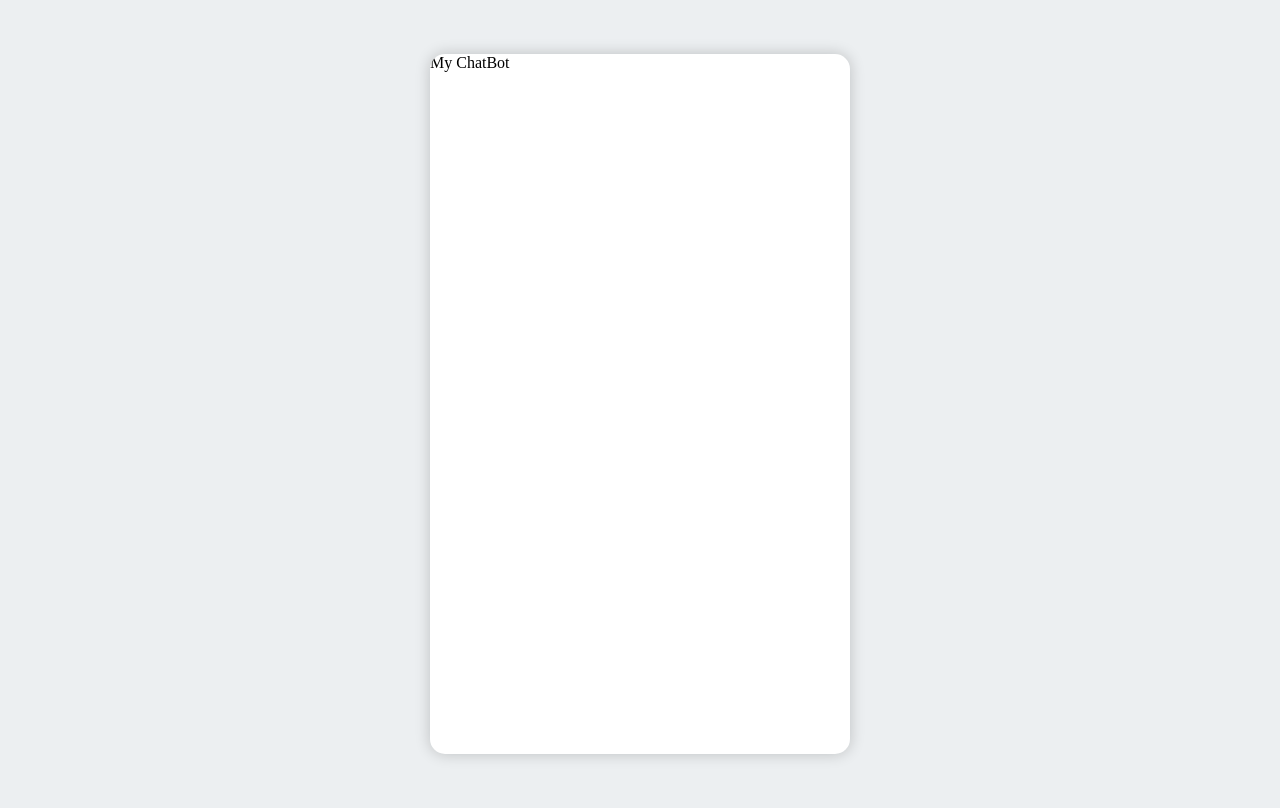
Repository: nt269782-web/Offline-ChatBot
Page: front.html
The author's editor kept a copy of each file at every save. The page is drawn from the files as they stood at one save, then again after a run of saves.
The browser window is 1280 px wide. The pictures show the whole page.

Above is the page before, as saved 2026-07-07 15:08:54.

### front.html
<!DOCTYPE html>
<html lang="en">
<head>
    <meta charset="UTF-8">
    <meta name="viewport" content="width=device-width, initial-scale=1.0">
    <title>Document</title>
    <style>
        body{
            background: #eceff1;
            display: flex;
            justify-content: center;
            align-items: center;
            height: 110vh;
        }
        .chat-container {
            width: 420px;
            height: 700px;
            overflow: hidden;
            background:#fff;
            border-radius:15px;
            box-shadow:0 0 15px rgba(0,0,0,.2)


        }
        .header{

        }
    </style>
</head>

<body>
    <div class="chat-container">
    <div class="header">
        My ChatBot
    </div>

    </div>
</body>
</html>

After the next 6 saves:
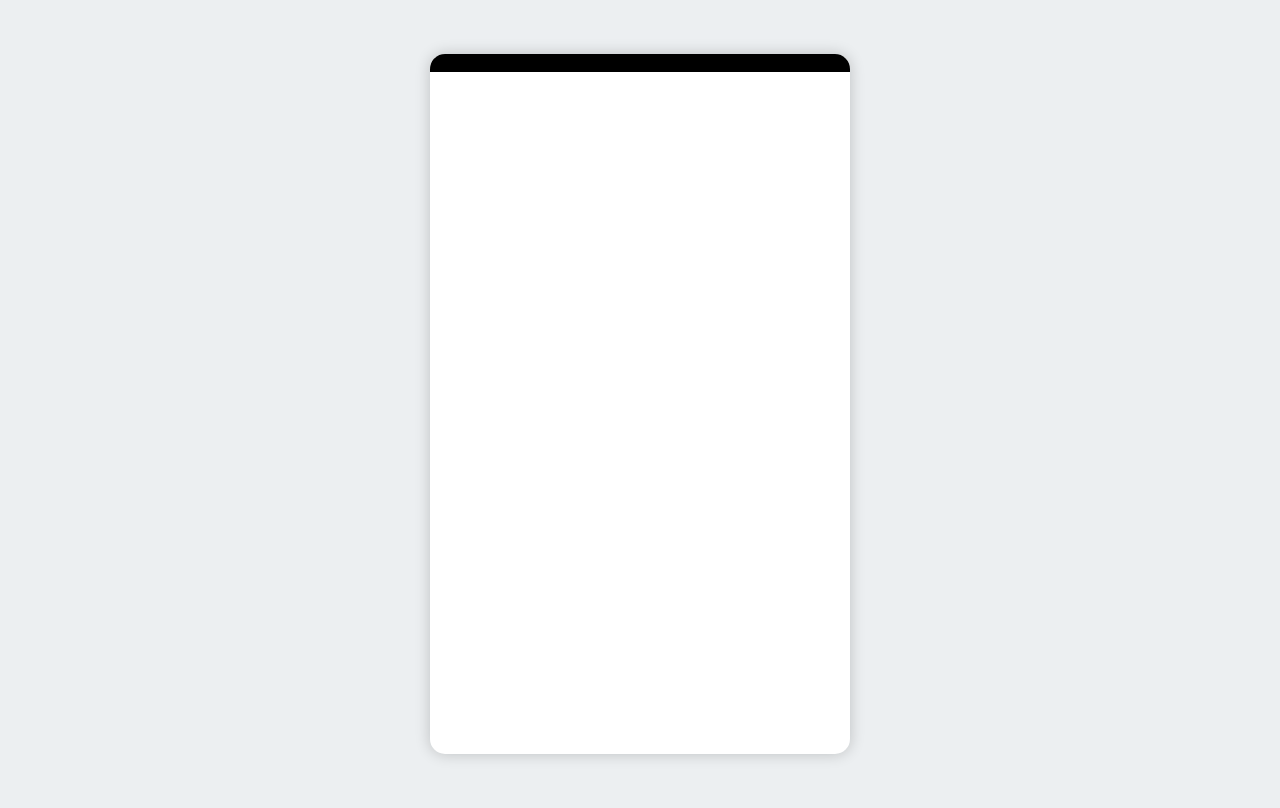
The 6 saves are shown as one change because they came seconds apart.
The last was saved 17 s later.
--- a/front.html
+++ b/front.html
@@ -23,6 +23,8 @@
 
         }
         .header{
+            background-color: black;
+            border: ;
 
         }
     </style>

After the 3 saves that followed:
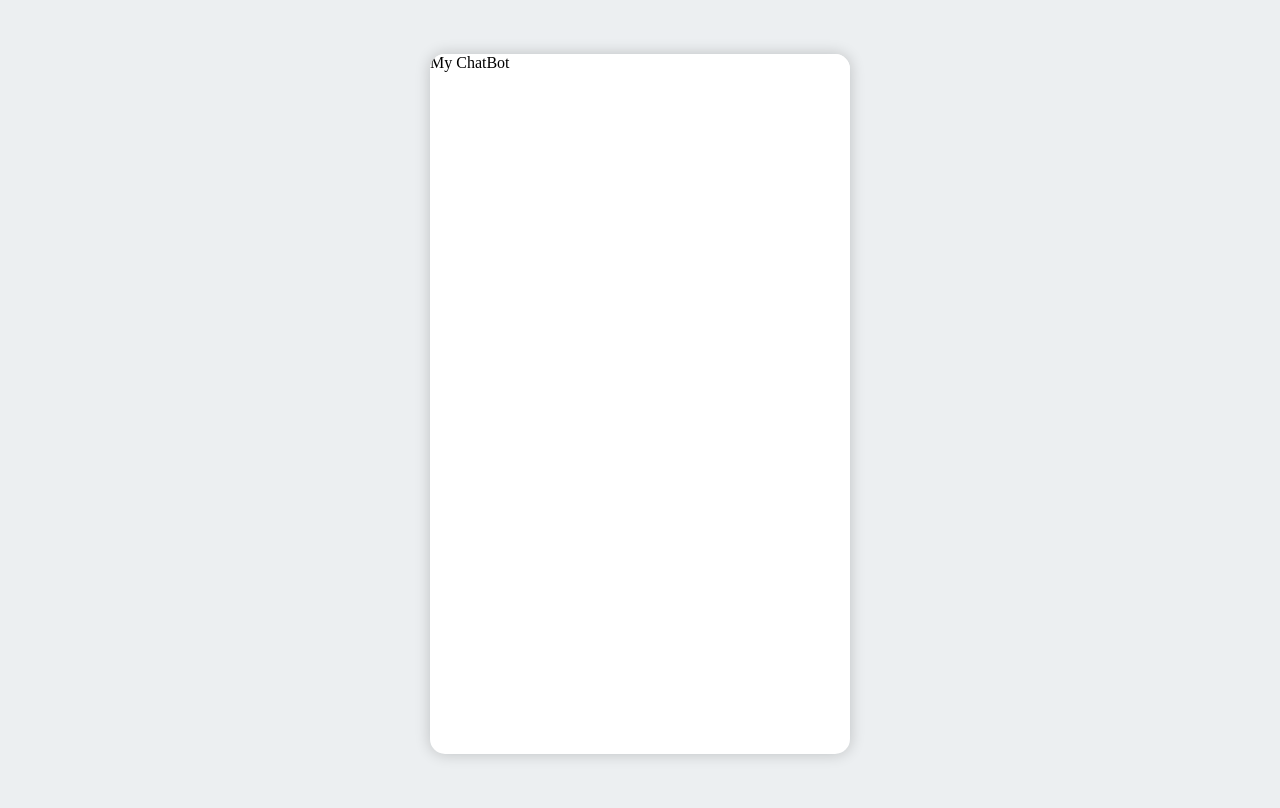
The 3 saves are shown as one change because 1 left the picture as it was and some came seconds apart.
The last was saved 18 s later.
--- a/front.html
+++ b/front.html
@@ -23,8 +23,8 @@
 
         }
         .header{
-            background-color: black;
-            border: ;
+            background-color: rgb(255, 255, 255);
+            border: #135683;
 
         }
     </style>
